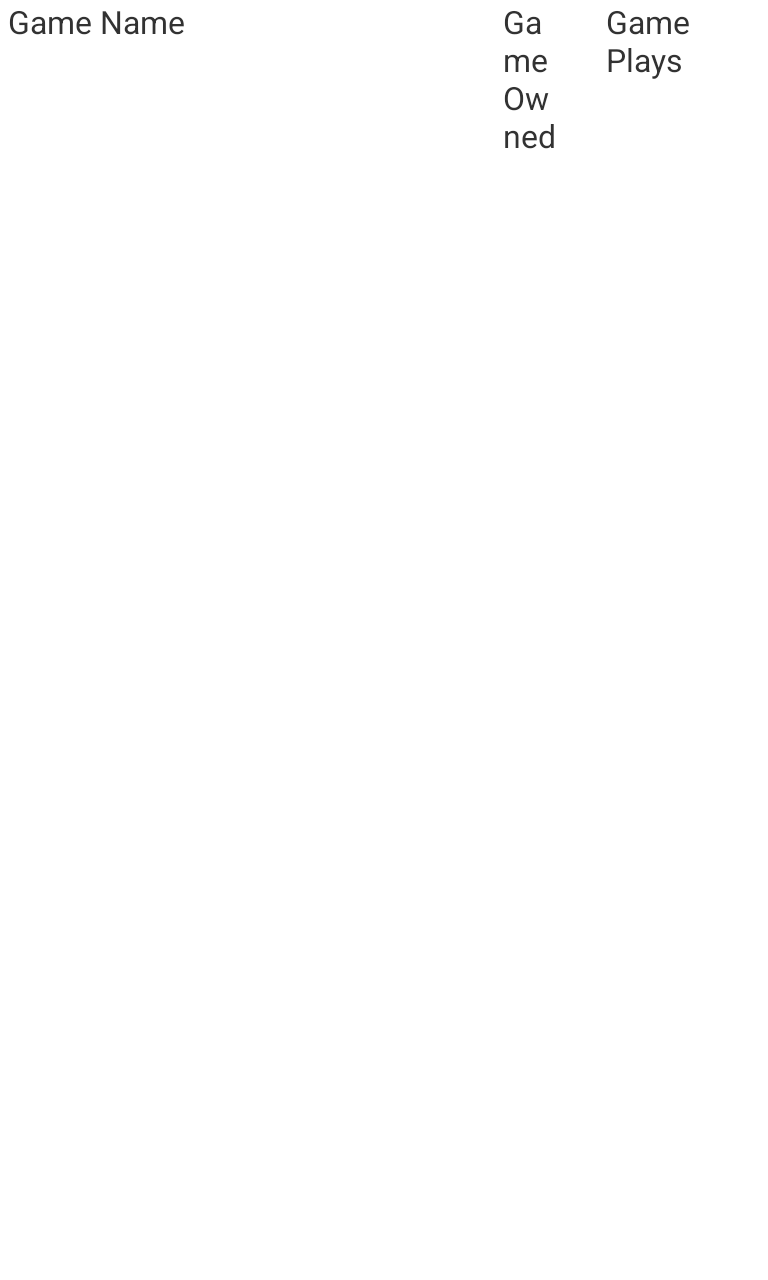
Repository: stewartwinter/bggpersonal
Layout: BGGPersonal/res/layout/collection_item_game.xml
The author's editor kept a copy of each file at every save. The layout is drawn from the files as they stood at one save, then again after the next save.
It is drawn on a 768 x 1280 px phone screen (xhdpi) without system bars, with theme AppTheme; the app's code is not run.

Above is the layout before, as saved 2014-03-15 17:24:22.

### BGGPersonal/res/layout/collection_item_game.xml
<?xml version="1.0" encoding="utf-8"?>
<LinearLayout xmlns:android="http://schemas.android.com/apk/res/android"
    android:layout_width="fill_parent"
    android:layout_height="wrap_content"
    >

        <RelativeLayout
            android:layout_width="wrap_content"
            android:layout_height="wrap_content"
            android:layout_weight="10">
			<TextView
			    	android:id="@+id/collection_item_game_name"
			    	android:layout_width="wrap_content"
			    	android:layout_height="wrap_content"
			    	android:paddingLeft="4dp"
			    	android:paddingRight="10dp"
			    	android:text="Game Name"
			    	android:textSize="16sp"
			    	android:width="400dp"
			    />
		</RelativeLayout>

                <RelativeLayout
            android:layout_width="wrap_content"
            android:layout_height="wrap_content"
            android:layout_weight="2">
<TextView
    	android:id="@+id/collection_item_game_owned"
    	android:layout_width="wrap_content"
    	android:layout_height="wrap_content"
    	android:paddingLeft="10dp"
    	android:paddingRight="10dp"
    	android:text="Game Owned"
    	android:textSize="16sp"
    	android:layout_weight="2"
    	android:width="80dp"
    />
		</RelativeLayout>

                <RelativeLayout
            android:layout_width="wrap_content"
            android:layout_height="wrap_content"
            android:layout_weight="2">
<TextView
    	android:id="@+id/collection_item_game_plays"
    	android:layout_width="wrap_content"
    	android:layout_height="wrap_content"
    	android:paddingLeft="10dp"
    	android:paddingRight="4dp"
    	android:text="Game Plays"
    	android:textSize="16sp"
    	android:layout_weight="2"
    	android:width="120dp"

    />
</RelativeLayout>
</LinearLayout>

Loaded but not shown: BGGPersonal/res/values/styles.xml (common file); BGGPersonal/res/values-v11/styles.xml (common file); BGGPersonal/res/values-v14/styles.xml (common file)

After the next save:
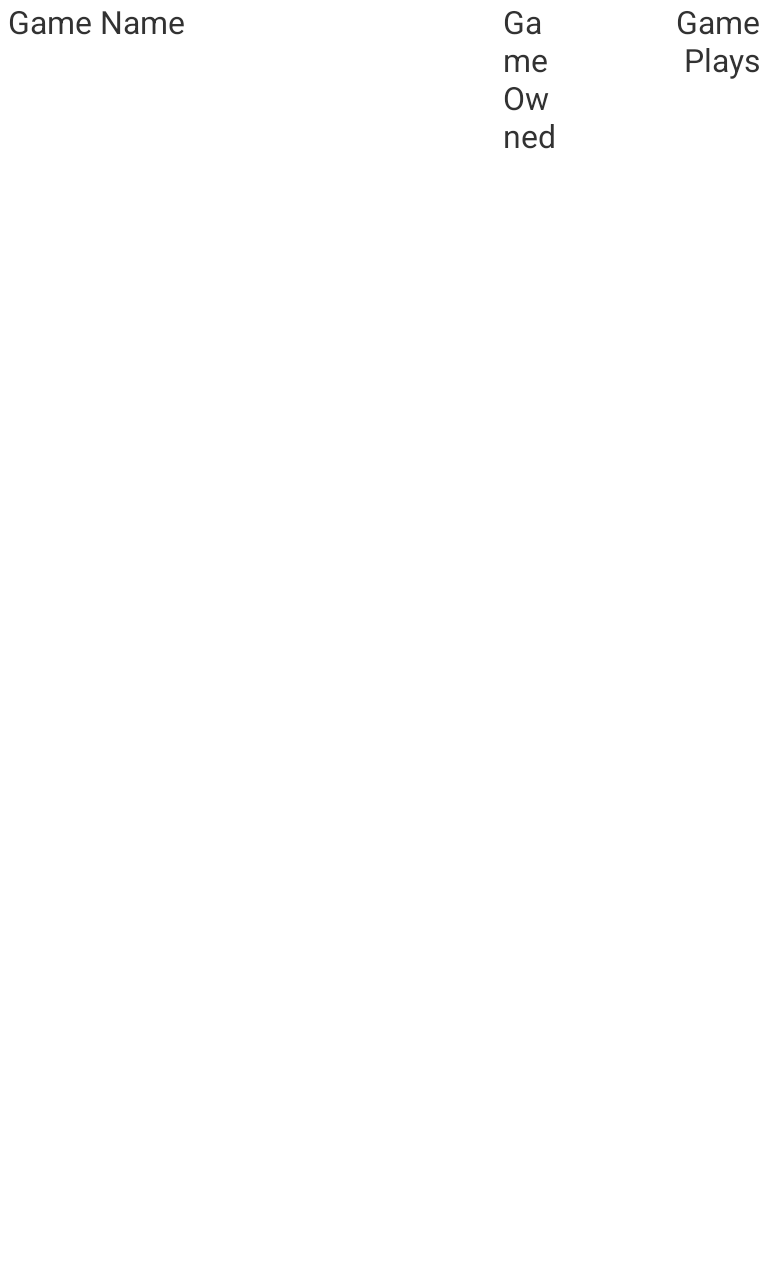
Saved 2 min 30 s later.
--- a/BGGPersonal/res/layout/collection_item_game.xml
+++ b/BGGPersonal/res/layout/collection_item_game.xml
@@ -49,7 +49,7 @@
     	android:paddingRight="4dp"
     	android:text="Game Plays"
     	android:textSize="16sp"
-    	android:layout_weight="2"
+    	android:gravity="right"
     	android:width="120dp"
 
     />

After the save that followed:
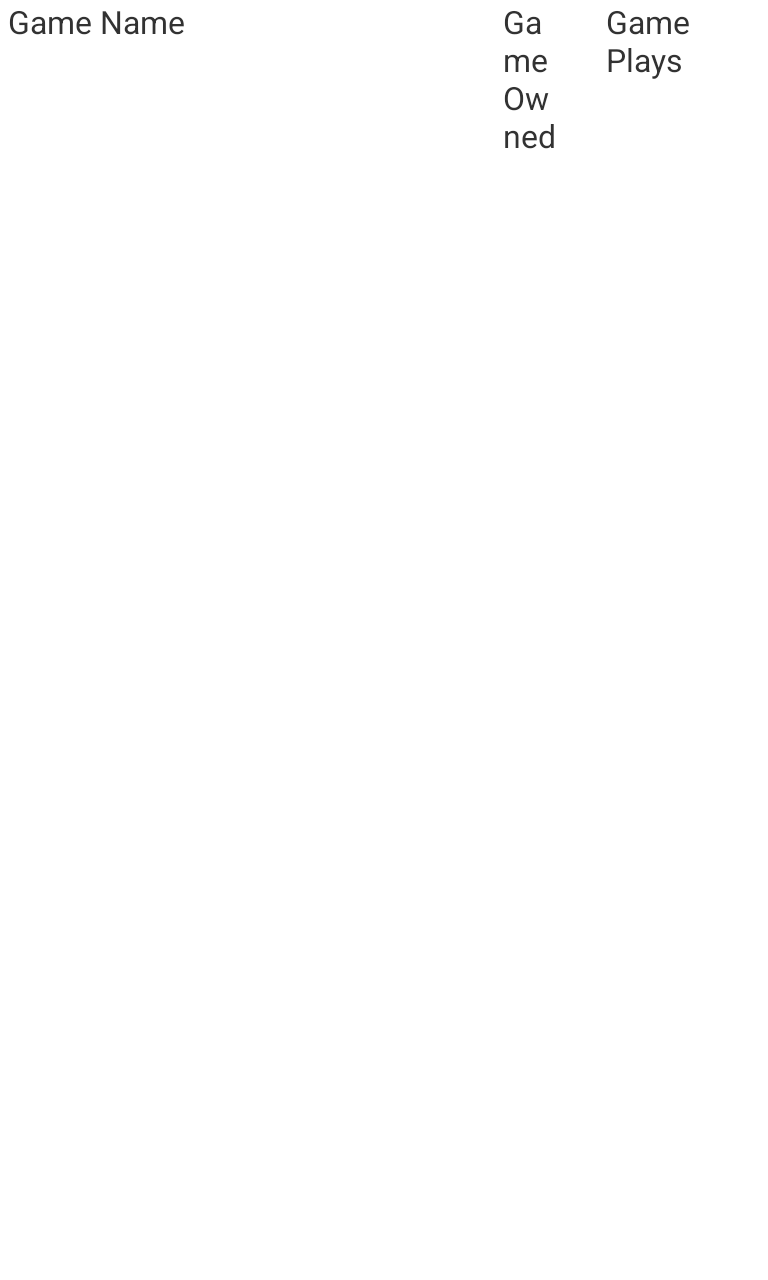
Saved 2 min 9 s later.
--- a/BGGPersonal/res/layout/collection_item_game.xml
+++ b/BGGPersonal/res/layout/collection_item_game.xml
@@ -40,7 +40,9 @@
                 <RelativeLayout
             android:layout_width="wrap_content"
             android:layout_height="wrap_content"
-            android:layout_weight="2">
+            android:layout_weight="2"
+	    	android:gravity="right"
+            >
 <TextView
     	android:id="@+id/collection_item_game_plays"
     	android:layout_width="wrap_content"
@@ -49,7 +51,6 @@
     	android:paddingRight="4dp"
     	android:text="Game Plays"
     	android:textSize="16sp"
-    	android:gravity="right"
     	android:width="120dp"
 
     />
